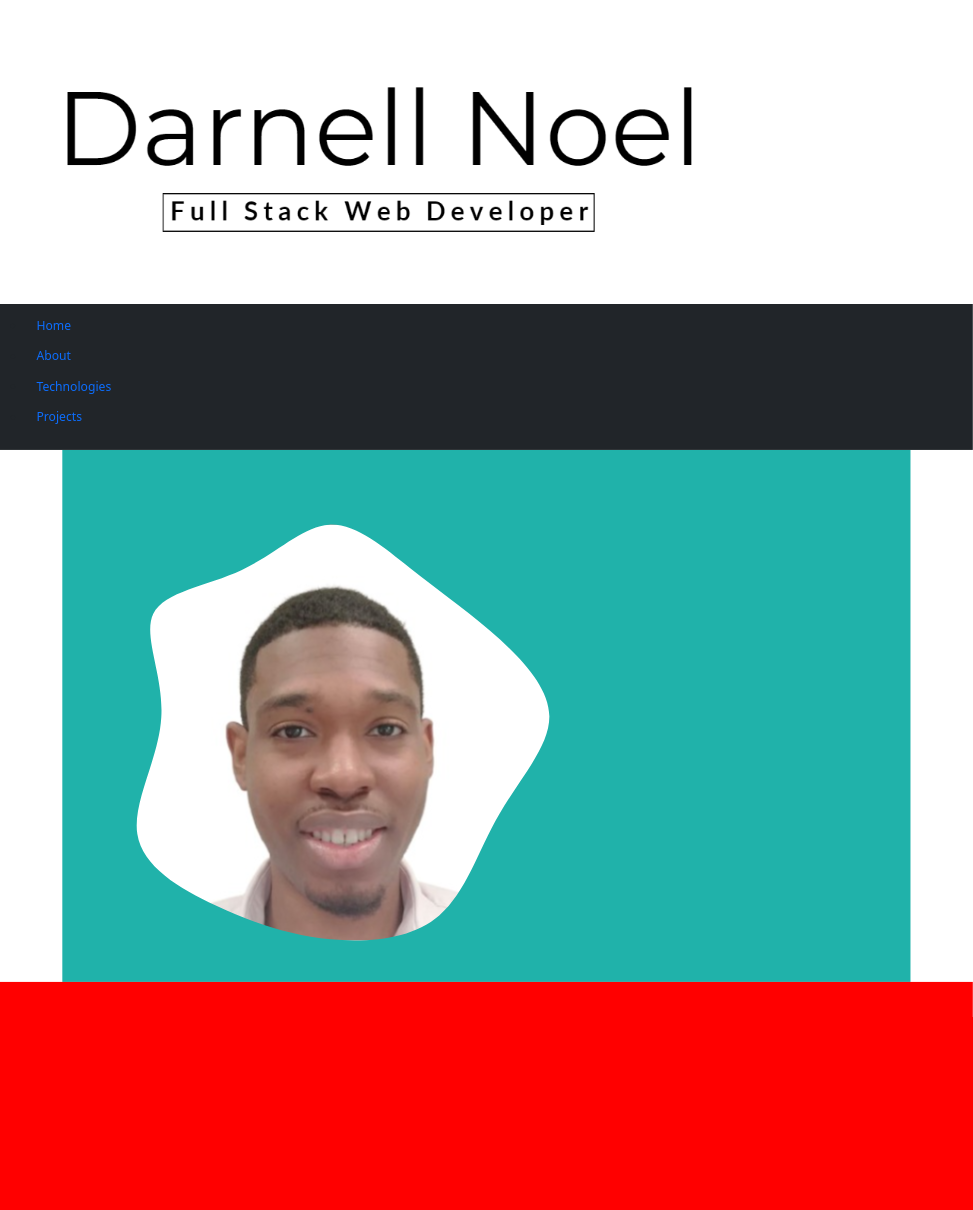
Repository: DNoel26/My_Dev_Portfolio
Page: index.html
The author's editor kept a copy of each file at every save. The page is drawn from the files as they stood at one save, then again after the next save.
The browser window is 1280 px wide. The pictures show the whole page, at 76% of full size.

Above is the page before, as saved 2021-01-28 18:21:19.

### index.html
<!DOCTYPE html>
<html lang="en">
<head>
    <meta charset="UTF-8">
    <meta name="viewport" content="width=device-width, initial-scale=1.0">
    <title>Homepage | Darnell Noel | Professional Portfolio | Full Stack Web Development</title>
    <link href="https://cdn.jsdelivr.net/npm/bootstrap@5.0.0-beta1/dist/css/bootstrap.min.css" rel="stylesheet" integrity="sha384-giJF6kkoqNQ00vy+HMDP7azOuL0xtbfIcaT9wjKHr8RbDVddVHyTfAAsrekwKmP1" crossorigin="anonymous">
    <link rel="stylesheet" href="/css/style.css">
</head>
<body>
    <header>
        <div>
            <nav class="">
                <!--Logo-->
                <a href="/" class="navbar-brand"><img src="/img/Darnell Noel-logos_black_sm.png" alt="Darnell Noel's Full Stack Web Development Logo for his portfolio" class="img-fluid"></a>
            </nav>
            <nav class="navbar navbar-expand-md bg-dark navbar-dark">
                <!--Nav Links-->
                <ul>
                    <li class="nav-item">
                        <a href="/" class="nav-link">Home</a>
                    </li>
                    <li class="nav-item">
                        <a href="#about" class="nav-link">About</a>
                    </li>
                    <li class="nav-item">
                        <a href="#technologies" class="nav-link">Technologies</a>
                    </li>
                    <li class="nav-item">
                        <a href="#projects" class="nav-link">Projects</a>
                    </li>
                </ul>
            </nav>
        </div>
    </header>
    <main>
        <div>
            <section class="container hero">
                <div class="mx-auto">
                    <!--<img src="/img/profile_pic.jpg" alt="Darnell Noel's profile pic" class="prof-pic svg-clip">-->
                    <svg viewBox="0 0 200 200" xmlns="http://www.w3.org/2000/svg">
                        <defs>
                            <pattern id="img-pattern" x="-0.15" y="0" width="1.15" height="1">
                                <image href="/img/profile_pic_white_bg.jpg"/>
                            </pattern>
                        </defs>
                        <path fill="url(#img-pattern)" d="M30.8,-55.5C40.8,-47.6,50.2,-41,60.8,-32C71.3,-23,82.9,-11.5,83.1,0.1C83.2,11.7,72,23.4,64.2,37.1C56.3,50.7,51.8,66.4,41.7,75C31.6,83.7,15.8,85.4,0.8,84C-14.1,82.5,-28.2,77.9,-42.1,71.4C-56.1,64.9,-69.9,56.6,-71.8,44.4C-73.7,32.2,-63.7,16.1,-62.8,0.6C-61.8,-15,-69.9,-30,-65.8,-38.4C-61.7,-46.9,-45.5,-48.8,-32.5,-54.9C-19.5,-61,-9.8,-71.3,0.3,-71.9C10.4,-72.4,20.9,-63.3,30.8,-55.5Z" transform="translate(100 100)" />

                        <!--<defs>
                            <clipPath id="svg-clip">
                                <path d="M45.8,-76.7C59.5,-71.3,70.9,-59.4,77.1,-45.6C83.2,-31.7,84.1,-15.8,84.8,0.4C85.4,16.6,85.9,33.2,78.2,44.4C70.5,55.6,54.6,61.4,40.2,65.7C25.9,70.1,12.9,72.9,-0.9,74.5C-14.7,76,-29.4,76.2,-41.2,70.4C-53,64.5,-61.8,52.7,-69.1,39.9C-76.3,27.2,-82,13.6,-82.4,-0.2C-82.7,-14,-77.7,-28,-69.4,-38.9C-61,-49.7,-49.4,-57.5,-37.2,-63.8C-25.1,-70,-12.6,-74.8,1.7,-77.8C16,-80.8,32,-82,45.8,-76.7Z" transform="translate(100 100)" />
                            </clipPath>
                        </defs>-->
                    </svg>
                </div>
            </section>
        </div>
    </main>
    <footer>
        <div class="container-fluid">

        </div>
    </footer>
    <script src="https://cdn.jsdelivr.net/npm/bootstrap@5.0.0-beta1/dist/js/bootstrap.bundle.min.js" integrity="sha384-ygbV9kiqUc6oa4msXn9868pTtWMgiQaeYH7/t7LECLbyPA2x65Kgf80OJFdroafW" crossorigin="anonymous"></script>
</body>
</html>

### css/style.css
header {
    /*height: 150px;
    background-color: blue;*/
}

footer {
    background-color: red;
    height: 300px;
}

.hero > div:first-child {
    height: 700px;
    background-color: lightseagreen;
}

.prof-pic.svg-clip {
    height: 100%;
    -webkit-clip-path: url(#svg-clip);
    clip-path: url(#svg-clip);
}

svg,
svg image {
    height: 100%;
    width: auto;
}

After the next save:
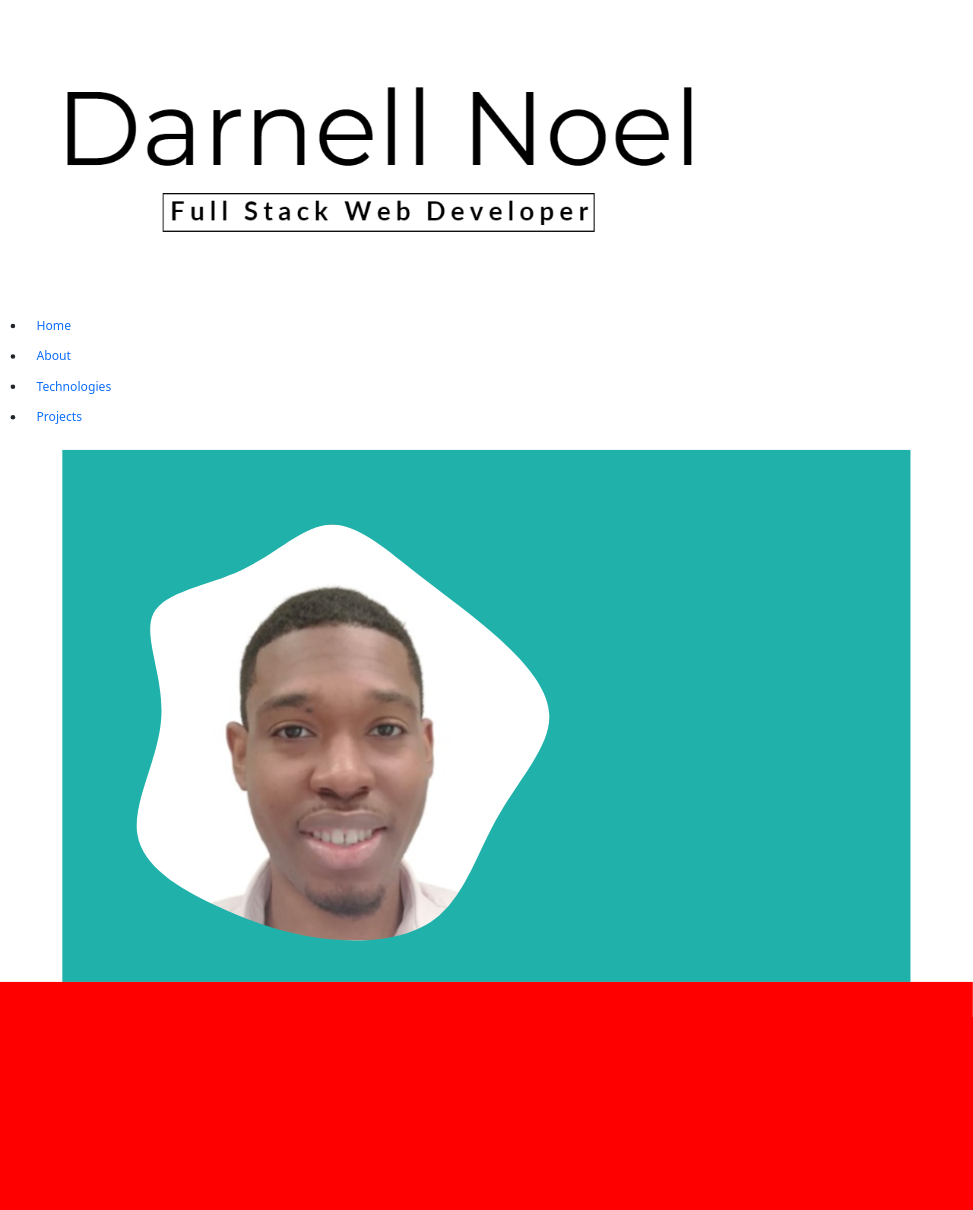
Saved 6 min 39 s later.
--- a/index.html
+++ b/index.html
@@ -14,7 +14,7 @@
                 <!--Logo-->
                 <a href="/" class="navbar-brand"><img src="/img/Darnell Noel-logos_black_sm.png" alt="Darnell Noel's Full Stack Web Development Logo for his portfolio" class="img-fluid"></a>
             </nav>
-            <nav class="navbar navbar-expand-md bg-dark navbar-dark">
+            <nav class="navbar navbar-expand-md navbar-dark">
                 <!--Nav Links-->
                 <ul>
                     <li class="nav-item">
